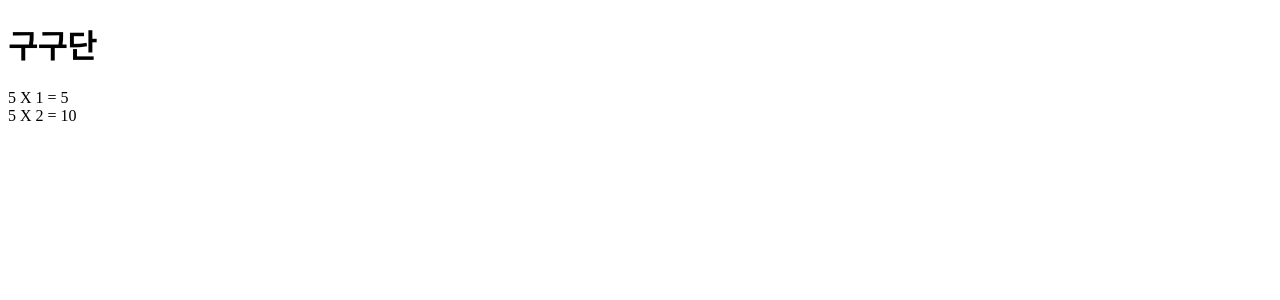
Repository: eeunha/server
Page: http://localhost/JSPTest/ex04.jsp
These files come from the project's save history. The page is drawn as it stood at one moment and after the next save; the edit follows.
The browser window is 1280 px wide. The pictures show the whole page.
The page is served by Tomcat 9.

Above is the page before, as saved 2023-10-17 05:29:39.

### JSPTest/src/main/webapp/ex04.jsp
<%@ page language="java" contentType="text/html; charset=UTF-8"
    pageEncoding="UTF-8"%>
<!DOCTYPE html>
<html>
<head>
<meta charset="UTF-8">
<title>Insert title here</title>
</head>
<body>
	<!-- ex04.jsp -->
	<h1>구구단</h1>
	<div>5 X 1 = 5</div>
	<div>5 X 2 = 10</div>

</body>
</html>

After the next save:
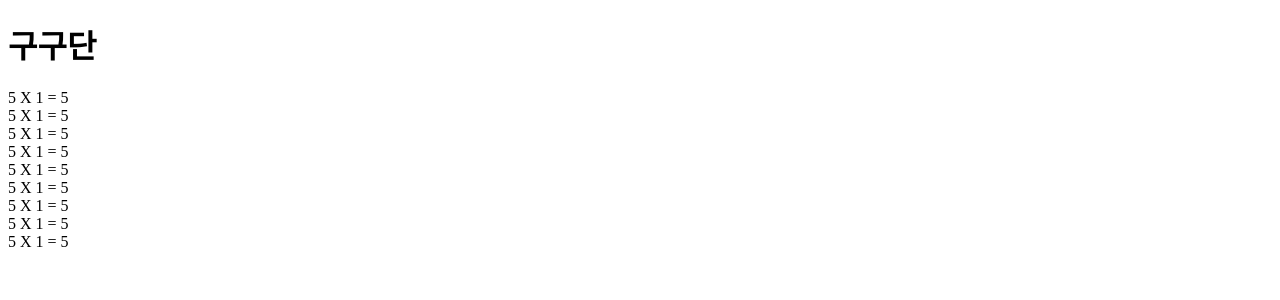
Saved 97 s later.
--- a/JSPTest/src/main/webapp/ex04.jsp
+++ b/JSPTest/src/main/webapp/ex04.jsp
@@ -1,5 +1,8 @@
 <%@ page language="java" contentType="text/html; charset=UTF-8"
-    pageEncoding="UTF-8"%>
+	pageEncoding="UTF-8"%>
+<%
+int dan = 5;
+%>
 <!DOCTYPE html>
 <html>
 <head>
@@ -9,8 +12,15 @@
 <body>
 	<!-- ex04.jsp -->
 	<h1>구구단</h1>
+
+	<%
+	for (int i = 1; i <= 9; i++) {
+	%>
+
 	<div>5 X 1 = 5</div>
-	<div>5 X 2 = 10</div>
+	<%
+	}
+	%>
 
 </body>
 </html>
